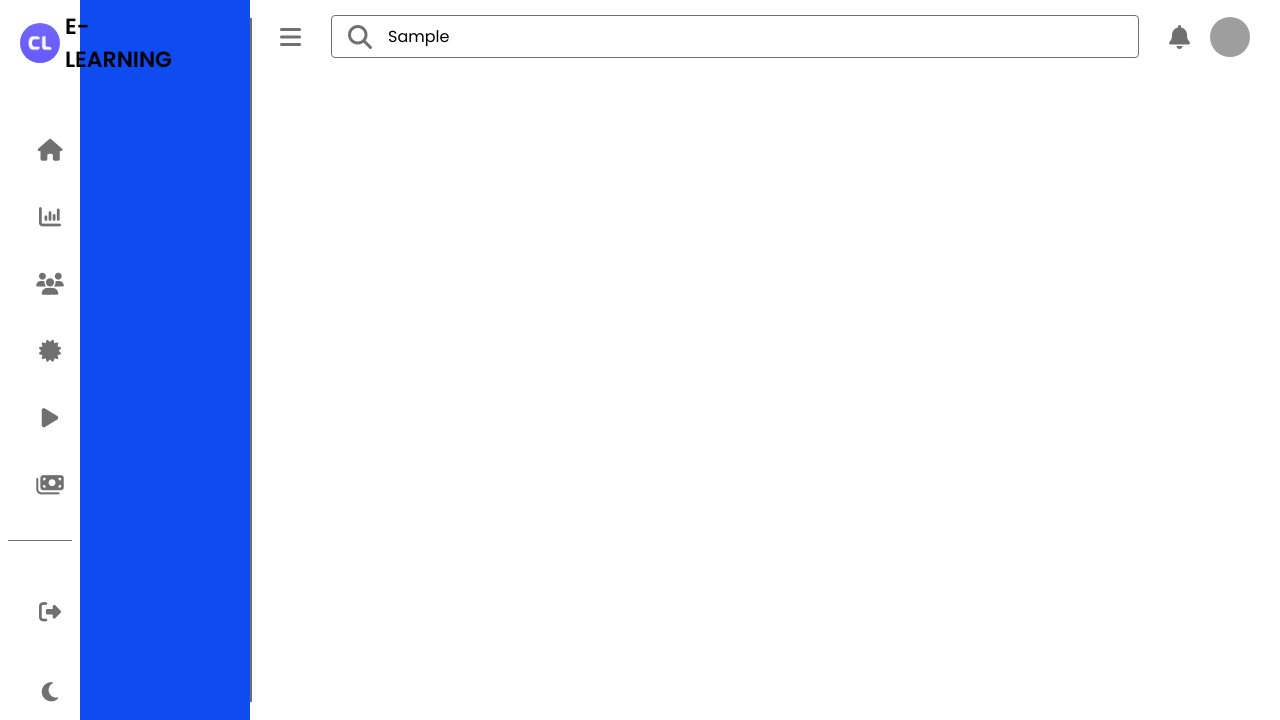
Repository: phamngocthang/practice-html-css
Page: Admin/dist/index.html
These files come from the project's save history. The page is drawn as it stood at one moment and after the next save; the edit follows.
The browser window is 1280 px wide. The pictures show the whole page.
Empty fields were first filled with sample values (such as "Sample", 5 or name@example.com).
After loading, the first visible `i.fa-bars` was clicked once.
Pictures or frames that could not be fetched are drawn as grey boxes. The style sheet was rebuilt from its Sass, Less or Tailwind sources for each picture, by a compiler version that may differ from the author's.

Above is the page before, as saved 2023-10-25 01:14:16.

### Admin/dist/index.html
<!DOCTYPE html>
<html lang="en">
<head>
    <meta charset="UTF-8">
    <meta name="viewport" content="width=device-width, initial-scale=1.0">
    <title>Document</title>
    <link rel="stylesheet" href="style/main.css">
    <link rel="stylesheet" href="https://cdnjs.cloudflare.com/ajax/libs/font-awesome/6.4.2/css/all.min.css" integrity="sha512-z3gLpd7yknf1YoNbCzqRKc4qyor8gaKU1qmn+CShxbuBusANI9QpRohGBreCFkKxLhei6S9CQXFEbbKuqLg0DA==" crossorigin="anonymous" referrerpolicy="no-referrer" />
</head>
<body>
    <nav>
        <div class="logo">
            <div class="logo__image">
                <img src="/Images/logo.png" alt="">
            </div>

            <span class="logo__name">
                E-LEARNING
            </span>
        </div>

        <div class="menu">
            <ul class="menu__link">
                <li class="menu__link__item"><a href="#">
                    <i class="fa-solid fa-house"></i>
                    <span>Dashboard</span>
                </a></li>
                <li class="menu__link__item"><a href="#">
                    <i class="fa-solid fa-chart-column"></i>
                    <span>Analytics</span>
                </a></li>
                <li class="menu__link__item"><a href="#">
                    <i class="fa-solid fa-users"></i>
                    <span>Users</span>
                </a></li>
                <li class="menu__link__item"><a href="#">
                    <i class="fa-solid fa-certificate"></i>
                    <span>Category</span>
                </a></li>
                <li class="menu__link__item"><a href="#">
                    <i class="fa-solid fa-play"></i>
                    <span>Courses</span>
                </a></li>
                <li class="menu__link__item"><a href="#">
                    <i class="fa-solid fa-money-bills"></i>
                    <span>Profit</span>
                </a></li>
            </ul>

            <ul class="menu__link">
                <li class="menu__link__item"><a href="#">
                    <i class="fa-solid fa-right-from-bracket"></i>
                    <span>Logout</span>
                </a></li>

                <li class="menu__link__item menu__link__item--darkmode"><a href="#">
                    <i class="fa-solid fa-moon"></i>
                    <span>Dark Mode</span>
                    <div class="menu__toggle">
                        <span class="menu__switch"></span>
                    </div>
                </a></li>
            </ul>
        </div>
    </nav>

    <section class="dashboard">
        <div class="top">
            <i class="fa-solid fa-bars top__bar"></i>
            <div class="top__search-box">
                <i class="fa-solid fa-magnifying-glass"></i>
                <input type="text" placeholder="Search here...">
            </div>
            <div class="top__image">
                <i class="fa-solid fa-bell bell"></i>
                <img src="/Images/avatar.jpg" alt="">
            </div>
        </div>
    </section>

    <script src="script.js">

    </script>
</body>
</html>

### Admin/dist/script.js
const body = document.querySelector("body");
const modeTogger = document.querySelector(".menu__toggle");
const sideBar = body.querySelector("nav")
const sideBarToggle = body.querySelector(".top__bar");

modeTogger.addEventListener("click", () => {
    body.classList.toggle("dark")
})

sideBarToggle.addEventListener("click", () => {
    sideBar.classList.toggle("close");
})

### Admin/scss/main.scss
@import url('https://fonts.googleapis.com/css2?family=Poppins:wght@200;300;400;500;600&display=swap');
@import 'variables';
* {
    margin: 0;
    padding: 0;
    box-sizing: border-box;
    font-family: 'Poppins', sans-serif;
}

body {
    --primary-color: #{$primary-color};
    --panel-color: #{$panel-color};
    --text-color: #{$text-color};
    --black-light-color: #{$black-light-color};
    --border-color: #{$border-color};
    --toggle-color: #{$toggle-color};
    --box1-color: #{$box1-color};
    --box2-color: #{$box2-color};
    --box3-color: #{$box3-color};
    --title-icon-color: #{$title-icon-color};
    min-height: 100vh;
    background-color: var(--primary-color);
}

body.dark {
    --primary-color: #3A3B3C;
    --panel-color: #242526;
    --text-color: #FFF;
    --black-light-color: #CCC;
    --border-color: #4D4C4C;
    --toggle-color: #FFF;
    --box1-color: #3A3B3C;
    --box2-color: #3A3B3C;
    --box3-color: #3A3B3C;
    --title-icon-color: #CCC;

    .menu__switch::before {
        left: 20px !important;
    }
}

nav {
    position: fixed;
    width: 250px;
    height: 100%;
    top: 0;
    left: 0;
    background-color: var(--panel-color);
    transition: $tran-05;

    .logo {
        display: flex;
        justify-content: space-between;
        align-items: center;
        &__image {
            min-width: 45px;
            display: flex;
            align-items: center;

            img {
                width: 40px;
                border-radius: 50%;
                object-fit: cover;
            }

        }

        &__name {
            color: var(--text-color);
            font-weight: 600;
            font-size: 22px;
        }
        padding: 10px 45px 10px 20px;
    }

    .menu {
        height: 100%;
        padding: 30px 0px 30px 20px;
        position: relative;


        &::after {
            content: '';
            left: 50%;
            top: 63%;
            width: 80%;
            height: 0.5px;
            transform: translateX(-50%);
            background-color: var(--black-light-color);
            position: absolute;
        }

        &__link {
            list-style: none;
            display: flex;
            flex-direction: column;
            align-items: flex-start;


            &:nth-child(1) {
                height: 70%;
            }


            &__item {
                padding: 20px 0;

                a {
                    text-decoration: none;
                    color: var(--black-light-color);
                    font-size: 18px;
                    display: flex;
                    align-items: center;
                    position: relative;
                    transition: 0.4 ease all;

                    i {
                        min-width: 60px;
                        text-align: center;
                        font-size: 22px;
                    }

                    span {
                        font-weight: 400;
                    }

                    &:hover {
                        color: var(--primary-color);

                        &::before {
                            content: '';
                            width: 5px;
                            height: 5px;
                            border-radius: 50%;
                            background-color: var(--primary-color);
                            position: absolute;
                            transition: 0.4 ease all;
                        }
                    }
                }
            }

            &__item--darkmode {
                display: flex;
                align-items: center;


                .menu__toggle {
                    margin-left: 20px;
                    height: 50px;
                    min-width: 45px;
                    display: flex;
                    align-items: center;
                    justify-content: center;

                    .menu__switch {
                        display: inline-block;
                        border-radius: 25px;
                        position: relative;
                        height: 22px;
                        width: 40px;
                        background-color: var(--toggle-color);

                        &::before {
                            content: '';
                            width: 15px;
                            height: 15px;
                            position: absolute;
                            background-color: var(--title-icon-color);
                            border-radius: 50%;
                            left: 3px;
                            top: 50%;
                            transform: translateY(-50%);
                            transition: $tran-03;
                        }
                    }
                }
            }
        }
    }


}

nav.close {
    width: 80px;

    .menu__link__item {
        span {
            opacity: 0;
            pointer-events: none;
        }
    }
}

.dashboard {
    background-color: var(--panel-color);
    width: calc(100% - 250px);
    left: 250px;
    min-height: 100vh;
    position: relative;
    padding: 15px 30px 40px;

    &::before {
        content: '';
        width: 2px;
        height: 95%;
        background-color: var(--black-light-color);
        left: 0;
        top: 50%;
        transform: translateY(-50%);
        position: absolute;
    }

    .top {
        height: 10%;
        display: flex;
        align-items: center;
        justify-content: space-between;

        i {
            font-size: 24px;
            color: var(--black-light-color);

        }

        &__bar {
            cursor: pointer;
        }

        &__search-box {
            flex: 1;
            width: 100%;
            padding: 8px;
            border-radius: 4px;
            border: 0.4px solid var(--black-light-color);
            margin: 0 30px;
            display: flex;
            align-items: center;

            i {
                font-size: 24px;
                padding: 0 16px 0 8px;
                color: var(--black-light-color);
            }

            input {
                font-size: 16px;
                outline: none;
                border: none;
                height: 100%;
                width: 100%;
                background-color: transparent;
            }
        }

        &__image {
            margin: 0 20p;
            display: flex;
            align-items: center;

            .bell {
                cursor: pointer;
                margin-right: 20px;
            }

            img {
                cursor: pointer;
                width: 40px;
                height: 40px;
                object-fit: cover;
                border-radius: 50%;
            }
        }
    }
}

### Admin/scss/_variables.scss
/* ===== Colors ===== */
$primary-color: #0E4BF1;
$panel-color: #FFF;
$text-color: #000;
$black-light-color: #707070;
$border-color: #e6e5e5;
$toggle-color: #DDD;
$box1-color: #4DA3FF;
$box2-color: #FFE6AC;
$box3-color: #E7D1FC;
$title-icon-color: #fff;

/* ====== Transition ====== */
$tran-05: all 0.5s ease;
$tran-03: all 0.3s ease;
$tran-03: all 0.2s ease;

After the next save:
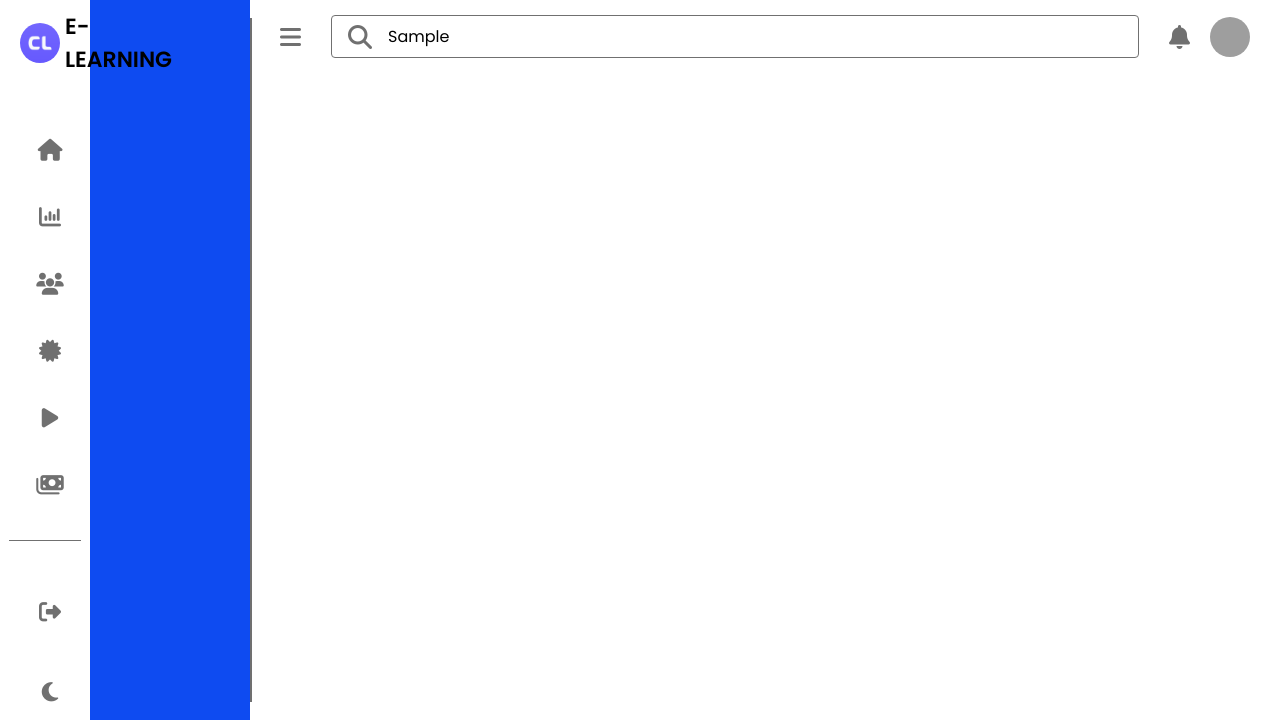
Saved 16 s later.
--- a/Admin/scss/main.scss
+++ b/Admin/scss/main.scss
@@ -183,7 +183,7 @@ nav {
 }
 
 nav.close {
-    width: 80px;
+    width: 90px;
 
     .menu__link__item {
         span {
